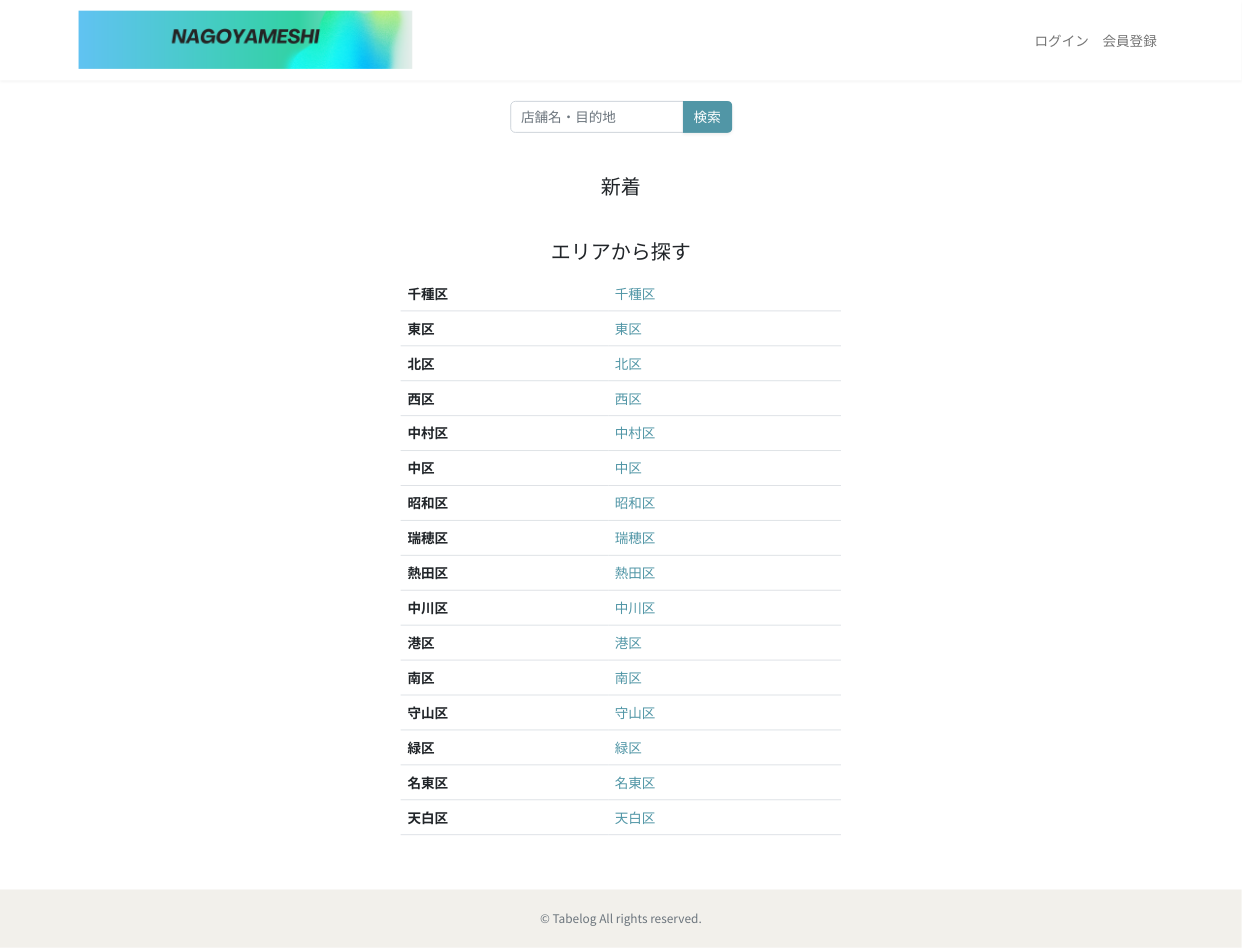
Repository: KokiMiz/db-basic-kadai
Page: http://localhost/index
The author's editor kept a copy of each file at every save. The page is drawn from the files as they stood at one save, then again after the next save.
The browser window is 1280 px wide. The pictures show the whole page, at 97% of full size.
The page is this project's Thymeleaf template; nobody is signed in. The template is opened directly, without the code that normally fills it, so the values that code supplies are empty.

Above is the page before, as saved 2024-09-04 11:03:03.

### Desktop/食べログ風アプリ/kadai_002/tabelog/src/main/resources/templates/index.html
<!DOCTYPE html>
<html xmlns:th="https://www.thymeleaf.org" xmlns:sec="http://www.thymeleaf.org/extras/spring-security">
    <head>
         <meta charset="UTF-8">
         <meta name="viewport" content="width=device-width, initial-scale=1">
         <div th:replace="~{fragment :: meta}"></div>

         <div th:replace="~{fragment :: styles}"></div>

        <title>NAGOYAMESHI</title>
    </head>
    <body>
         <div class="tabelog-wrapper">
             <!-- ヘッダー -->
             <div th:replace="~{fragment :: header}"></div>

             <main>
                 <div class="container pt-4 pb-5 tabelog-container">
                     <div th:if="${param.loggedIn}" class="alert alert-info">
                         ログインしました。
                     </div>

                     <div th:if="${param.loggedOut}" class="alert alert-info">
                         ログアウトしました。
                     </div>
                     <div th:if="${successMessage}" class="alert alert-info">
                         <span th:text="${successMessage}"></span>
                     </div>

              	<div class="d-flex justify-content-center">
    <form method="get" th:action="@{/shops}" class="mb-5 tabelog-search-form">
        <div class="input-group">
            <input type="text" class="form-control" name="keyword" th:value="${keyword}" placeholder="店舗名・目的地">
            <button type="submit" class="btn text-white shadow-sm tabelog-btn">検索</button>
        </div>
    </form>
</div>

<h2 class="text-center mb-3">新着</h2>
<div class="row row-cols-lg-5 row-cols-2 g-3 mb-5">
    <div class="col" th:each="newShop : ${newShops}">
        <a th:href="@{/shops/__${newShop.shopId}__}" class="link-dark tabelog-card-link">
            <div class="card h-100">
                <img th:if="${newShop.getImageName()}" th:src="@{/storage/__${newShop.getImageName()}__}" class="card-img-top tabelog-vertical-card-image" alt="店舗画像">
                <img th:unless="${newShop.getImageName()}" th:src="@{/images/noImage.png}" class="card-img-top tabelog-vertical-card-image" alt="NO IMAGE">
                <div class="card-body">
                    <h3 class="card-title" th:text="${newShop.getName()}"></h3>
                    <p class="card-text mb-1">
                        <small class="text-muted" th:text="${newShop.getAddress()}"></small>
                    </p>
                    <p class="card-text">
                        <span th:text="${#numbers.formatInteger(newShop.getPrice(), 1, 'COMMA') + '円 / 泊'}"></span>
                    </p>
                </div>
            </div>
        </a>
    </div>
</div>

<div class="row justify-content-center">
    <div class="col-xl-5 col-lg-6 col-md-8">
        <h2 class="text-center mb-3">エリアから探す</h2>
        <table class="table">
            <tbody>
                <tr>
                    <th>千種区</th>
                    <td>
                        <a th:href="@{/shops?area=千種区}">千種区</a>
                    </td>
                </tr>
                <tr>
                    <th>東区</th>
                    <td>
                        <a th:href="@{/shops?area=東区}" class="me-2">東区</a>
                    </td>
                </tr>
                <tr>
                    <th>北区</th>
                    <td>
                        <a th:href="@{/shops?area=北区}" class="me-2">北区</a>
                    </td>
                </tr>
                <tr>
                    <th>西区</th>
                    <td>
                        <a th:href="@{/shops?area=西区}" class="me-2">西区</a>
                    </td>
                </tr>
                <tr>
                    <th>中村区</th>
                    <td>
                        <a th:href="@{/shops?area=中村区}" class="me-2">中村区</a>
                    </td>
                </tr>
                <tr>
                    <th>中区</th>
                    <td>
                        <a th:href="@{/shops?area=中区}" class="me-2">中区</a>
                    </td>
                </tr>
                <tr>
                    <th>昭和区</th>
                    <td>
                        <a th:href="@{/shops?area=昭和区}" class="me-2">昭和区</a>
                    </td>
                </tr>
                <tr>
                    <th>瑞穂区</th>
                    <td>
                        <a th:href="@{/shops?area=瑞穂区}" class="me-2">瑞穂区</a>
                    </td>
                </tr>
                <tr>
                    <th>熱田区</th>
                    <td>
                        <a th:href="@{/shops?area=熱田区}" class="me-2">熱田区</a>
                    </td>
                </tr>
                <tr>
                    <th>中川区</th>
                    <td>
                        <a th:href="@{/shops?area=中川区}" class="me-2">中川区</a>
                    </td>
                </tr>
                <tr>
                    <th>港区</th>
                    <td>
                        <a th:href="@{/shops?area=港区}" class="me-2">港区</a>
                    </td>
                </tr>
                <tr>
                    <th>南区</th>
                    <td>
                        <a th:href="@{/shops?area=南区}" class="me-2">南区</a>
                    </td>
                </tr>
                <tr>
                    <th>守山区</th>
                    <td>
                        <a th:href="@{/shops?area=守山区}" class="me-2">守山区</a>
                    </td>
                </tr>
                <tr>
                    <th>緑区</th>
                    <td>
                        <a th:href="@{/shops?area=緑区}" class="me-2">緑区</a>
                    </td>
                </tr>
                <tr>
                    <th>名東区</th>
                    <td>
                        <a th:href="@{/shops?area=名東区}" class="me-2">名東区</a>
                    </td>
                </tr>
                <tr>
                    <th>天白区</th>
                    <td>
                        <a th:href="@{/shops?area=天白区}">天白区</a>
                    </td>
                </tr>
            </tbody>
        </table>
    </div>
</div>
                 </div>
             </main>

             <!-- フッター -->
             <div th:replace="~{fragment :: footer}"></div>
         </div>

         <div th:replace="~{fragment :: scripts}"></div>
	</body>
</html>

### Desktop/食べログ風アプリ/kadai_002/tabelog/src/main/resources/templates/fragment.html
<!DOCTYPE html>
<html xmlns:th="https://www.thymeleaf.org" xmlns:sec="http://www.thymeleaf.org/extras/spring-security">
    <head>
        <!-- meta要素の部品化 -->
        <div th:fragment="meta" th:remove="tag">
            <meta charset="UTF-8">
            <meta name="viewport" content="width=device-width, initial-scale=1">
        </div>

        <!-- link要素の部品化 -->
        <div th:fragment="styles" th:remove="tag">
            <!-- Bootstrap -->
            <link href="https://cdn.jsdelivr.net/npm/bootstrap@5.2.3/dist/css/bootstrap.min.css" rel="stylesheet" integrity="sha384-rbsA2VBKQhggwzxH7pPCaAqO46MgnOM80zW1RWuH61DGLwZJEdK2Kadq2F9CUG65" crossorigin="anonymous">

            <!-- Google Fonts -->
            <link rel="preconnect" href="https://fonts.googleapis.com">
            <link rel="preconnect" href="https://fonts.gstatic.com" crossorigin>
            <link href="https://fonts.googleapis.com/css2?family=Noto+Sans+JP:wght@400;500&display=swap" rel="stylesheet">

            <link th:href="@{/css/style.css}" rel="stylesheet">
        </div>

        <title>食べログ風アプリ</title>
    </head>
    <body>
        <!-- ヘッダーの部品化 -->
        <div th:fragment="header" th:remove="tag">
            <nav class="navbar navbar-expand-md navbar-light bg-white shadow-sm samuraitravel-navbar">
                <div class="container samuraitravel-container">
                    <a class="navbar-brand" th:href="@{/}">
                        <img class="samuraitravel-logo me-1" th:src="@{/images/logo.png}" alt="Tabelog">
                    </a>
                             <!-- ここから追加部分 -->
                <!-- Navbar toggle button for mobile view -->
                <button class="navbar-toggler" type="button" data-bs-toggle="collapse" data-bs-target="#navbarSupportedContent" aria-controls="navbarSupportedContent" aria-expanded="false" aria-label="Toggle navigation">
                    <span class="navbar-toggler-icon"></span>
                </button>

                <!-- Navbar content -->
                <div class="collapse navbar-collapse" id="navbarSupportedContent">
                    <ul class="navbar-nav ms-auto">
                        <!-- 未ログインであれば表示する -->
                        <li class="nav-item" sec:authorize="isAnonymous()">
                            <a class="nav-link" th:href="@{/login}">ログイン</a>
                        </li>
						<li class="nav-item" sec:authorize="isAnonymous()">
                                 <a class="nav-link" th:href="@{/signup}">会員登録</a>
                             </li>
                        <!-- ログイン済みであれば表示する -->
                        <li class="nav-item dropdown" sec:authorize="hasRole('ROLE_GENERAL')">
                            <a id="navbarDropdownGeneral" class="nav-link dropdown-toggle" href="#" role="button" data-bs-toggle="dropdown" aria-haspopup="true" aria-expanded="false" v-pre>
                                <span sec:authentication="principal.user.name"></span>
                            </a>

                            <div class="dropdown-menu dropdown-menu-end" aria-labelledby="navbarDropdownGeneral">
								<a class="dropdown-item samuraitravel-dropdown-item" th:href="@{/user}">会員情報</a>

                                     <div class="dropdown-divider"></div>

                                <a class="dropdown-item tabelog-dropdown-item" th:href="@{/logout}" onclick="event.preventDefault(); document.getElementById('logout-form').submit();">
                                    ログアウト
                                </a>
                                <form class="d-none" id="logout-form" th:action="@{/logout}" method="post"></form>
                            </div>
                        </li>

                        <!-- 管理者であれば表示する -->
                        <li class="nav-item dropdown" sec:authorize="hasRole('ROLE_ADMIN')">
                            <a id="navbarDropdownAdmin" class="nav-link dropdown-toggle" href="#" role="button" data-bs-toggle="dropdown" aria-haspopup="true" aria-expanded="false" v-pre>
                                管理者メニュー
                            </a>

                            <div class="dropdown-menu dropdown-menu-end" aria-labelledby="navbarDropdownAdmin">
								<a class="dropdown-item samuraitravel-dropdown-item" th:href="@{/admin/users}">会員一覧</a>
                                <a class="dropdown-item tabelog-dropdown-item" th:href="@{/admin/shops}">店舗一覧</a>

                                <div class="dropdown-divider"></div>

                                <a class="dropdown-item tabelog-dropdown-item" th:href="@{/logout}" onclick="event.preventDefault(); document.getElementById('logout-form').submit();">
                                    ログアウト
                                </a>
                                <form class="d-none" id="logout-form" th:action="@{/logout}" method="post"></form>
                            </div>
                        </li>
                    </ul>
                </div>

                </div>
            </nav>
        </div>

        <!-- フッターの部品化 -->
        <div th:fragment="footer" th:remove="tag">
            <footer>
                <div class="d-flex justify-content-center align-items-center h-100">
                    <p class="text-center text-muted small mb-0">&copy; Tabelog All rights reserved.</p>
                </div>
            </footer>
        </div>

        <!-- script要素の部品化 -->
        <div th:fragment="scripts" th:remove="tag">
            <!-- Bootstrap -->
            <script src="https://cdn.jsdelivr.net/npm/bootstrap@5.2.3/dist/js/bootstrap.bundle.min.js" integrity="sha384-kenU1KFdBIe4zVF0s0G1M5b4hcpxyD9F7jL+jjXkk+Q2h455rYXK/7HAuoJl+0I4" crossorigin="anonymous"></script>
        </div>
    </body>

### Desktop/食べログ風アプリ/kadai_002/tabelog/src/main/resources/static/css/style.css
html {
   font-size: 14px;
 }

 body {
   font-family: 'Noto Sans JP', sans-serif;
 }

 h1 {
   font-size: 1.5rem;
 }

 h3 {
   font-size: 1.25rem;
 }

 h2 {
   font-size: 1.475rem;
 }

 a {
   color: #5196a6;
   text-decoration: none !important;
 }

 a:hover {
     color: #407784;
 }

 footer {
   width: 100%;
   height: 60px;
   position: absolute;
   bottom: 0;
   background-color: #f2f0eb;
 }

 .tabelog-wrapper {
   min-height: 100vh;
   position: relative;
   padding-bottom: 60px;
   box-sizing: border-box;
 }

 .tabelog-navbar {
   min-height: 60px;
 }

 .tabelog-logo {
   height: 30px;
 }

 .tabelog-btn {
   background-color: #5196a6 !important;
   transition: 0.1s;
 }

 .tabelog-btn:hover {
   opacity: 0.8;
 }

 .tabelog-page-link {
   color: #5196a6;
 }

 .tabelog-page-link:hover {
   color: #407784;
 }

 .tabelog-active {
   background-color: #5196a6 !important;
   border-color: #5196a6 !important;
 }

 .tabelog-pre-wrap {
	 white-space: pre-wrap;
 }

  .tabelog-link-danger {
     color: #f2594b;
 }

 .tabelog-link-danger:hover {
     color: #a63c3c;
 }

 .tabelog-btn-danger {
     background-color: #f2594b !important;
     transition: 0.1s;
 }

 .tabelog-btn-danger:hover {
   opacity: 0.8;
 }

  .tabelog-dropdown-item:active {
   background-color: #5196a6;
 }

 tabelog-card-link {
   transition: 0.3s;
 }

 .tabelog-card-link:hover {
   opacity: 0.7;
 }

 .tabelog-horizontal-card-image {
   width: 100%;
   height: 240px;
   object-fit: cover;
 }

.tabelog-sort-box {
   width: 150px;
 }

 .tabelog-vertical-card-image {
   width: 100%;
   height: 150px;
   object-fit: cover;
 }

 .tabelog-search-form {
     max-width: 300px;
 }
 @media screen and (min-width: 1400px) {
   .tabelog-container {
     max-width: 1200px;
   }
 }

After the next save:
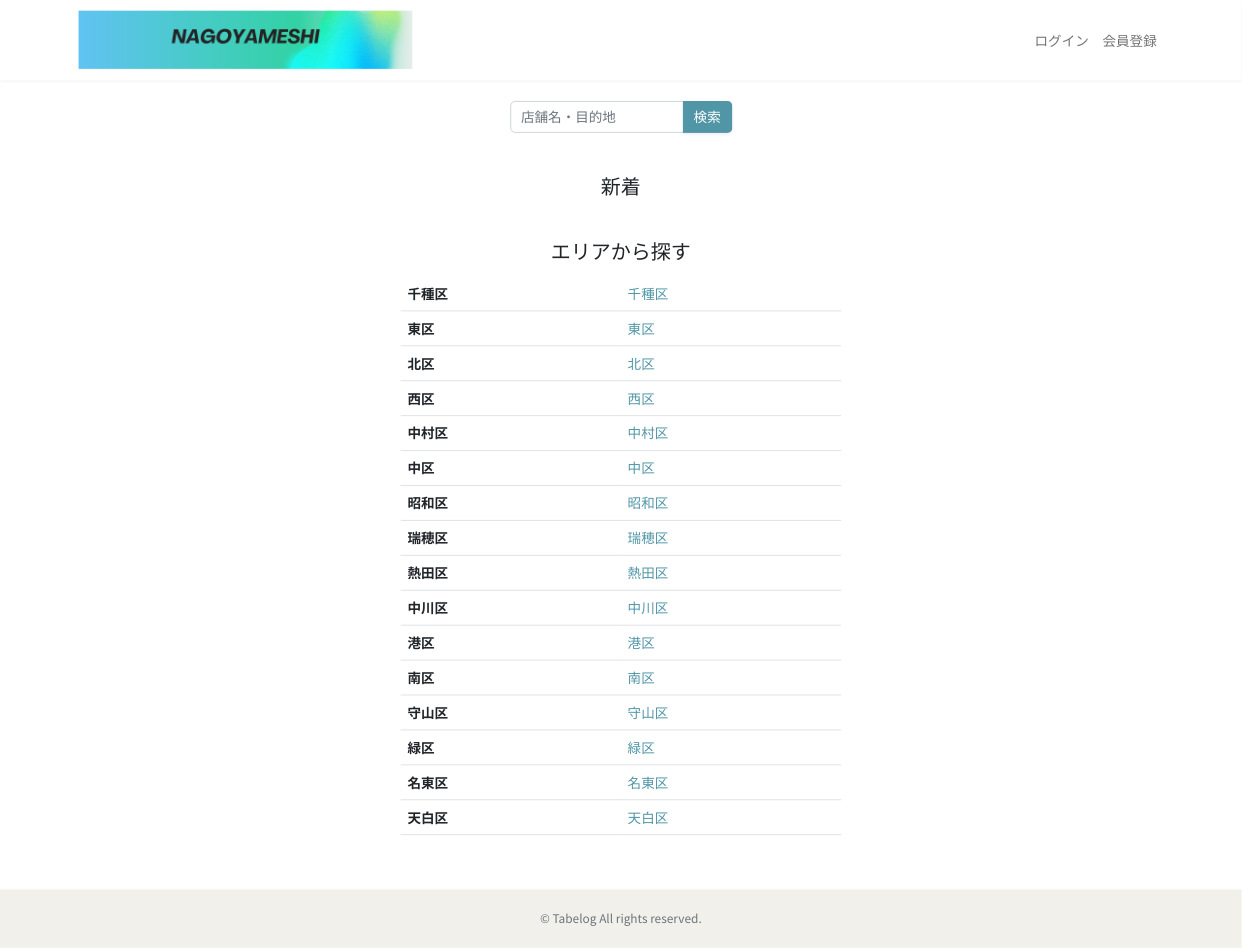
Saved 36 min 5 s later.
--- a/Desktop/食べログ風アプリ/kadai_002/tabelog/src/main/resources/templates/index.html
+++ b/Desktop/食べログ風アプリ/kadai_002/tabelog/src/main/resources/templates/index.html
@@ -57,7 +57,7 @@
     </div>
 </div>
 
-<div class="row justify-content-center">
+      <div class="row justify-content-center">
     <div class="col-xl-5 col-lg-6 col-md-8">
         <h2 class="text-center mb-3">エリアから探す</h2>
         <table class="table">
@@ -71,85 +71,85 @@
                 <tr>
                     <th>東区</th>
                     <td>
-                        <a th:href="@{/shops?area=東区}" class="me-2">東区</a>
+                        <a th:href="@{/shops?area=東区}">東区</a>
                     </td>
                 </tr>
                 <tr>
                     <th>北区</th>
                     <td>
-                        <a th:href="@{/shops?area=北区}" class="me-2">北区</a>
+                        <a th:href="@{/shops?area=北区}">北区</a>
                     </td>
                 </tr>
                 <tr>
                     <th>西区</th>
                     <td>
-                        <a th:href="@{/shops?area=西区}" class="me-2">西区</a>
+                        <a th:href="@{/shops?area=西区}">西区</a>
                     </td>
                 </tr>
                 <tr>
                     <th>中村区</th>
                     <td>
-                        <a th:href="@{/shops?area=中村区}" class="me-2">中村区</a>
+                        <a th:href="@{/shops?area=中村区}">中村区</a>
                     </td>
                 </tr>
                 <tr>
                     <th>中区</th>
                     <td>
-                        <a th:href="@{/shops?area=中区}" class="me-2">中区</a>
+                        <a th:href="@{/shops?area=中区}">中区</a>
                     </td>
                 </tr>
                 <tr>
                     <th>昭和区</th>
                     <td>
-                        <a th:href="@{/shops?area=昭和区}" class="me-2">昭和区</a>
+                        <a th:href="@{/shops?area=昭和区}">昭和区</a>
                     </td>
                 </tr>
                 <tr>
                     <th>瑞穂区</th>
                     <td>
-                        <a th:href="@{/shops?area=瑞穂区}" class="me-2">瑞穂区</a>
+                        <a th:href="@{/shops?area=瑞穂区}">瑞穂区</a>
                     </td>
                 </tr>
                 <tr>
                     <th>熱田区</th>
                     <td>
-                        <a th:href="@{/shops?area=熱田区}" class="me-2">熱田区</a>
+                        <a th:href="@{/shops?area=熱田区}">熱田区</a>
                     </td>
                 </tr>
                 <tr>
                     <th>中川区</th>
                     <td>
-                        <a th:href="@{/shops?area=中川区}" class="me-2">中川区</a>
+                        <a th:href="@{/shops?area=中川区}">中川区</a>
                     </td>
                 </tr>
                 <tr>
                     <th>港区</th>
                     <td>
-                        <a th:href="@{/shops?area=港区}" class="me-2">港区</a>
+                        <a th:href="@{/shops?area=港区}">港区</a>
                     </td>
                 </tr>
                 <tr>
                     <th>南区</th>
                     <td>
-                        <a th:href="@{/shops?area=南区}" class="me-2">南区</a>
+                        <a th:href="@{/shops?area=南区}">南区</a>
                     </td>
                 </tr>
                 <tr>
                     <th>守山区</th>
                     <td>
-                        <a th:href="@{/shops?area=守山区}" class="me-2">守山区</a>
+                        <a th:href="@{/shops?area=守山区}">守山区</a>
                     </td>
                 </tr>
                 <tr>
                     <th>緑区</th>
                     <td>
-                        <a th:href="@{/shops?area=緑区}" class="me-2">緑区</a>
+                        <a th:href="@{/shops?area=緑区}">緑区</a>
                     </td>
                 </tr>
                 <tr>
                     <th>名東区</th>
                     <td>
-                        <a th:href="@{/shops?area=名東区}" class="me-2">名東区</a>
+                        <a th:href="@{/shops?area=名東区}">名東区</a>
                     </td>
                 </tr>
                 <tr>
